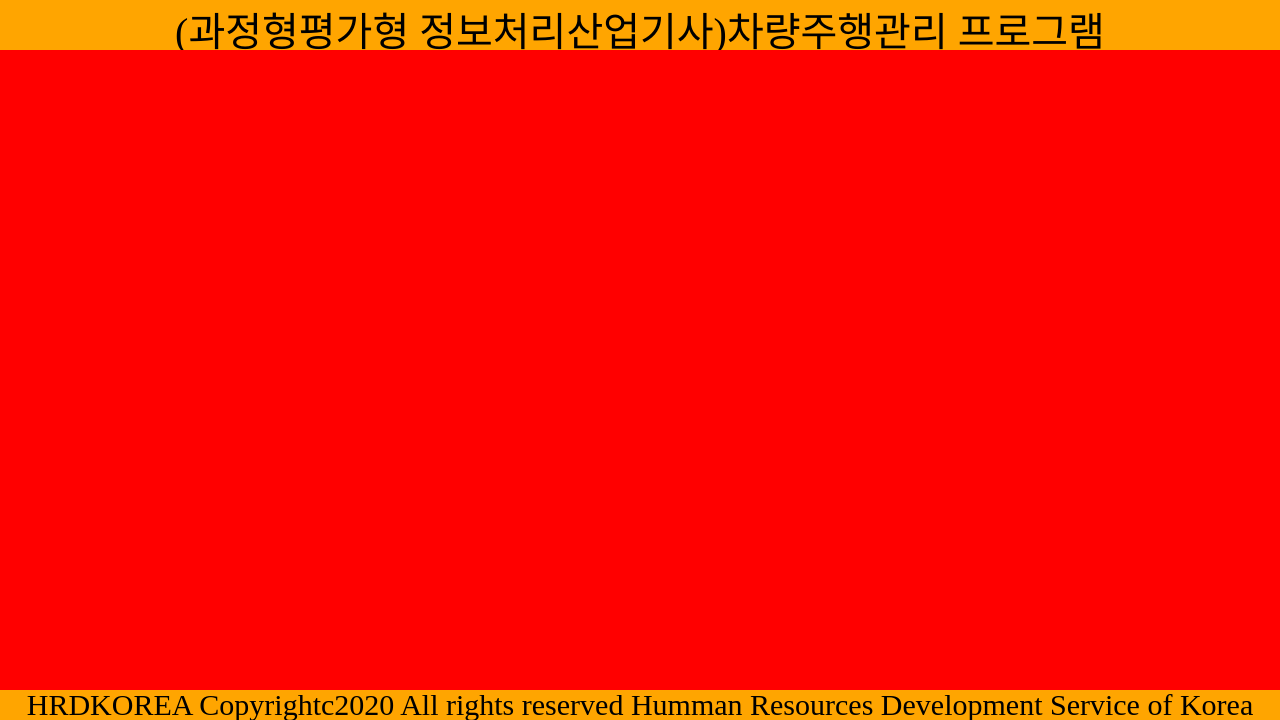
Repository: jeajune0221/information
Page: http://localhost/HRD_2411/drivestatus.jsp
These files come from the project's save history. The page is drawn as it stood at one moment and after the next save; the edit follows.
The browser window is 1280 px wide. The pictures show the whole page.
The page is served by Tomcat 9. Queries for data that is not in the repository find no rows.

Above is the page before, as saved 2026-04-13 08:25:20.

### HRD_2411/src/main/webapp/drivestatus.jsp
<%@ page language="java" contentType="text/html; charset=UTF-8"
    pageEncoding="UTF-8"%>
    <%@include file = "db_connect.jsp" %>
    <%@ page import="java.sql.*" %>
<!DOCTYPE html>
<html>
<head>
<meta charset="UTF-8">
<title>Insert title here</title>
<link href="style.css" rel = "stylesheet"/>
</head>
<body>
<jsp:include page="header.jsp"></jsp:include>
<section></section>
<form style =" display : flex; text-align: center; justify-content : center; align-items :center ;">
	<table border = "1">
		<tr>
			<td>부서코드</td>
			<td>부서명</td>
			<td>총운행거리</td>
			<td>총주유금액</td>
		</tr>
		<%
		request.setCharacterEncoding("UTF-8");
		try{
			String query = "select E.DEPT_CODE,E.DEPT_NAME,sum(R.DRV_END-R.DRV_START),sum(R.DRV_MONEY) from TBL_DEPT E JOIN TBL_DRIVE R on E.DEPT_CODE = R.DEPT_CODE group by E.DEPT_CODE,E.DEPT_NAME;;";
			PreparedStatement pstmt = con.prepareStatement(query);
			ResultSet rs = pstmt.executeQuery(query);


			while(rs.next()){
				%>
				<tr>
					<td>
					<%= rs.getString(1)%>
					</td>
					<td><%= rs.getString(2)%></td>
					<td><%= rs.getInt(3)%></td>
					<td>\<%=rs.getInt(4) %></td>

				</tr>
				<%
			}

		}catch(Exception e){

		}


		%>


	</table>
</form>
</section>
<jsp:include page="footer.jsp"></jsp:include>

</body>
</html>

### HRD_2411/src/main/webapp/db_connect.jsp
<%@ page language="java" contentType="text/html; charset=UTF-8"
    pageEncoding="UTF-8"%>
<%@ page import = "java.sql.*" %>
<%
Class.forName("oracle.jdbc.OracleDriver");
Connection con = DriverManager.getConnection("jdbc:oracle:thin:@//localhost:1521/xe","system","1234");
%>

### HRD_2411/src/main/webapp/header.jsp
<%@ page language="java" contentType="text/html; charset=UTF-8"
    pageEncoding="UTF-8"%>
<!DOCTYPE html>
<html>
<head>
<meta charset="UTF-8">
<title>Insert title here</title>
<link href = "style.css" rel = "stylesheet">

</head>
<body>
<header>(과정형평가형 정보처리산업기사)차량주행관리 프로그램</header>
<nav>
<a href="list.jsp">차량 조회</a>
<a href="join.jsp">주행내역등록</a>
<a href="drivelist.jsp">주행내역조회</a>
<a href="drivestatus.jsp">부서별주행통계</a>
<a href="index.jsp">홈으로</a>



</nav>
</body>
</html>

### HRD_2411/src/main/webapp/footer.jsp
<%@ page language="java" contentType="text/html; charset=UTF-8"
    pageEncoding="UTF-8"%>
<!DOCTYPE html>
<html>
<head>
<meta charset="UTF-8">
<title>Insert title here</title>
<link href = "style.css" rel = "stylesheet">

</head>
<body>
<footer>HRDKOREA Copyrightc2020 All rights reserved Humman Resources Development Service of Korea</footer>
</body>
</html>

### HRD_2411/src/main/webapp/style.css
@charset "UTF-8";

header{
	position :fixed;
	top:0px;
	left : 0px;
	width : 100%;
	height : 70px;
	background : orange;
	text-align:center;
	font-size : 40px;
}
nav{
	position : fixed;
	top : 70px;
	left : 0px;
	width : 100%;
	height : 40px;
	background : pink;
	line-height : 40px;
	padding-left : 20px;
	font-size : 20px;
}
section{
	display : fixed;
	position : fixed;
	top : 50px;
	left : 0px;
	width : 100%;
	height : 100%;
	background : lightgray;
	text-align : center;
	justify-content: center;
	align-items: center;
	text-align: left;
	background : red;
}

footer{
	position : fixed;
	bottom : 0px;
	left : 0px;
	width : 100%;
	height : 30px;
	background : orange;
	line-height : 30px;
	text-align : center;
	font-size : 30px;

}

After the next save:
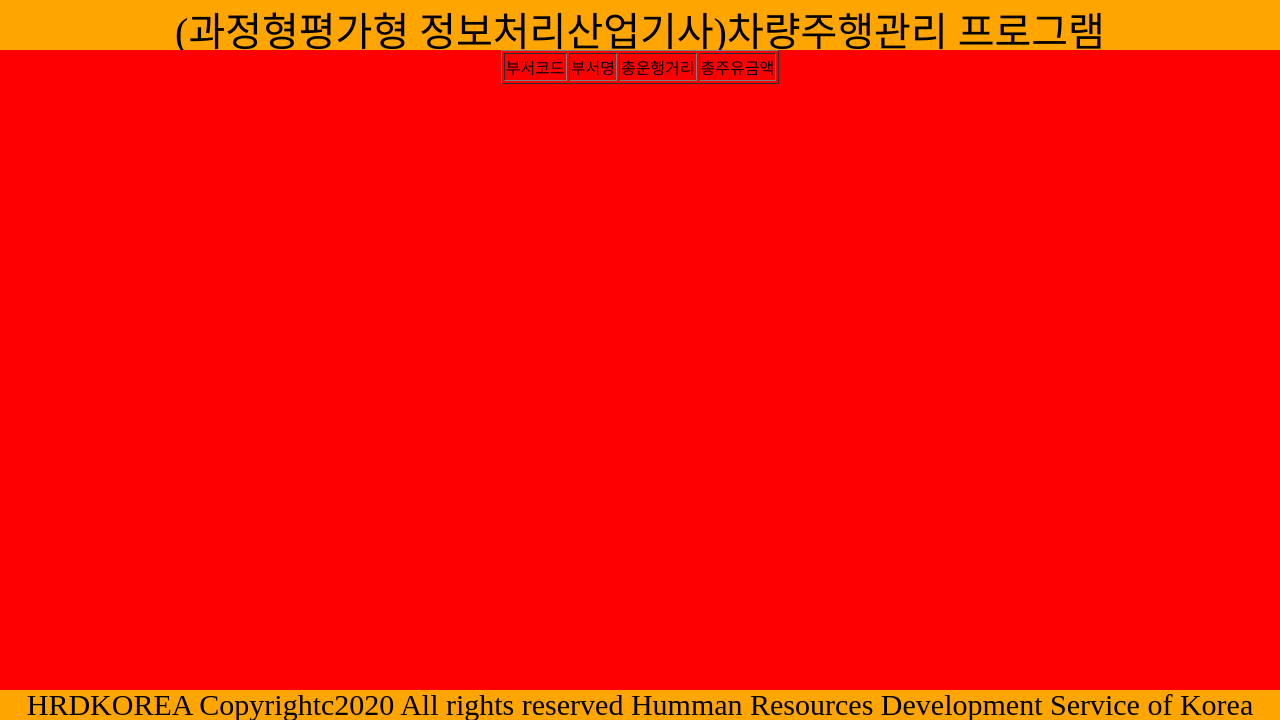
Saved 29 s later.
--- a/HRD_2411/src/main/webapp/drivestatus.jsp
+++ b/HRD_2411/src/main/webapp/drivestatus.jsp
@@ -11,7 +11,7 @@
 </head>
 <body>
 <jsp:include page="header.jsp"></jsp:include>
-<section></section>
+<section>
 <form style =" display : flex; text-align: center; justify-content : center; align-items :center ;">
 	<table border = "1">
 		<tr>
